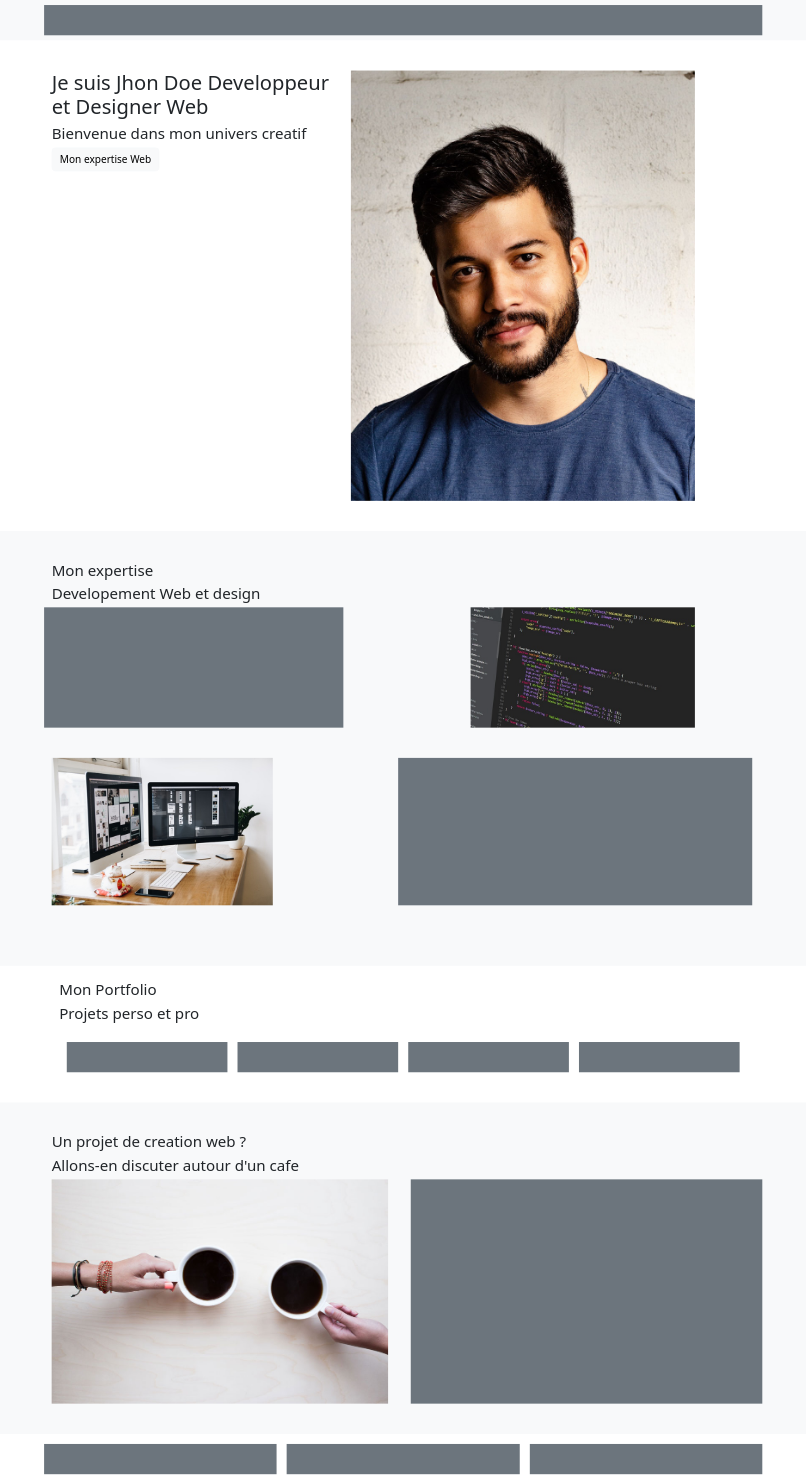
Repository: wadelfadill/Bootstrap_tache_1_portfolio
Page: index.html
An editor plug-in stored every save of this project. The page is shown before and after the next save, followed by the edit.
The browser window is 1280 px wide. The pictures show the whole page, at 63% of full size.

Above is the page before, as saved 2023-03-27 13:29:29.

### index.html
<!DOCTYPE html>
<html lang="en">
<head>
    <meta charset="UTF-8">
    <meta http-equiv="X-UA-Compatible" content="IE=edge">
    <meta name="viewport" content="width=device-width, initial-scale=1.0">
    <title>Portfolio_Bootstrap</title>
    <link href="https://cdn.jsdelivr.net/npm/bootstrap@5.3.0-alpha2/dist/css/bootstrap.min.css" rel="stylesheet" integrity="sha384-aFq/bzH65dt+w6FI2ooMVUpc+21e0SRygnTpmBvdBgSdnuTN7QbdgL+OapgHtvPp" crossorigin="anonymous">
    <link rel="stylesheet" href="style.css">
</head>
<body>
    <header>
        <nav class="navbar bg-light container-fluid">
            <div class="container bg-secondary py-4">

            </div>
        </nav>
    </header>
    <main>
        <section class="my-5">
            <div class="container">
                <div class="row">
                    <div class="col-5">
                        <p class="h2">Je suis Jhon Doe Developpeur et Designer Web</p>
                        <p class="h4">Bienvenue dans mon univers creatif</p>
                        <a class="btn btn-light" href="#" role="button">Mon expertise Web</a>

                    </div>
                    <div class="col-6">
                        <img src="img/portrait.jpg" alt="profile de Jhon Doe" class="w-100">
                    </div>
                </div>
            </div>
        </section>
        <section>
            <div class="container-fluid bg-light py-5 mt-5">
                <div class="container ">
                 <p class="h4">Mon expertise</p>
                 <p class="h4">Developement Web et design</p>
                <div class="row">
                    <div class="col-5 bg-secondary">

                    </div>
                    <div class="col-2"></div>
                    <div class="col-4">
                        <img src="img/code.jpg" alt="" class="w-100">
                    </div>
                </div>
                <div class="row my-5 pe-3">
                    <div class="col-4">
                        <img src="img/design.jpg" alt="" class="w-100">
                    </div>
                    <div class="col-2"></div>
                    <div class="col-6 bg-secondary">

                    </div>
                </div>
             </div>
        </section>
        <section class="container">
            <div class="container my-4">
                <p class="h4">Mon Portfolio</p>
                <p class="h4">Projets perso et pro</p>
                <div class="row gap-3 p-4">
                    <div class="col bg-secondary py-4"></div>
                    <div class="col bg-secondary py-4"></div>
                    <div class="col bg-secondary py-4"></div>
                    <div class="col bg-secondary py-4"></div>
                </div>
            </div>
        </section>
        <section class="p-5 bg-light">
            <div class="container">
                <p class="h4">Un projet de creation web ?</p>
                <p class="h4">Allons-en discuter autour d'un cafe</p>
                <div class="row gap-4">
                    <div class="col">
                        <img src="img/grab-a-coffee.jpg" class="w-100" alt="">
                    </div>
                    <div class="col bg-secondary"></div>
                </div>
            </div>
        </section>
    </main>
    <footer>
        <div class="container">
            <div class="row gap-3 py-3">
                <div class="col p-4 bg-secondary"></div>
                <div class="col p-4 bg-secondary"></div>
                <div class="col p-4 bg-secondary"></div>
            </div>
        </div>
    </footer>


</body>
</html>

Loaded but not shown: style.css (no stored copy; drawn as an empty file)

After the next save:
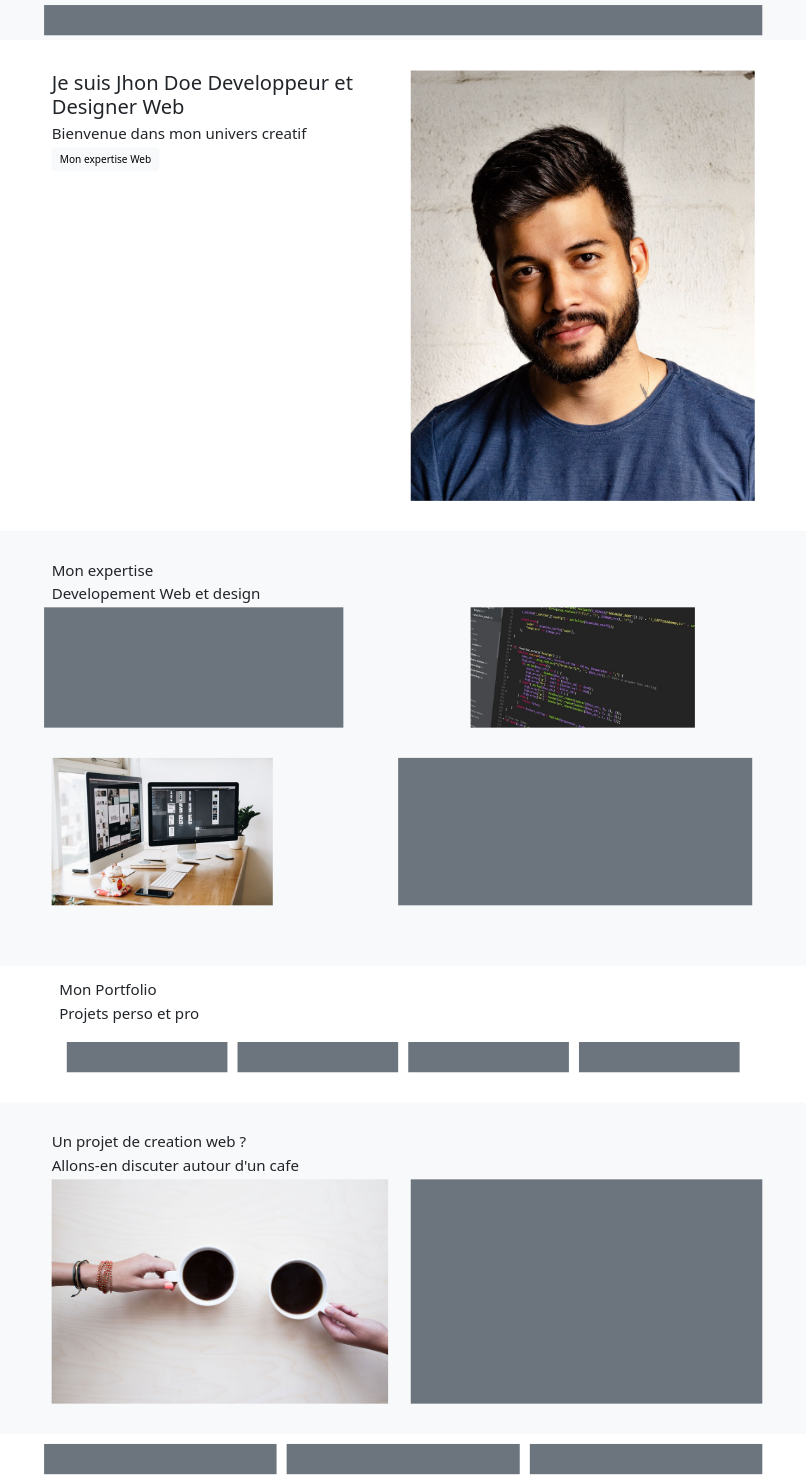
Saved 66 s later.
--- a/index.html
+++ b/index.html
@@ -20,7 +20,7 @@
         <section class="my-5">
             <div class="container">
                 <div class="row">
-                    <div class="col-5">
+                    <div class="col-6">
                         <p class="h2">Je suis Jhon Doe Developpeur et Designer Web</p>
                         <p class="h4">Bienvenue dans mon univers creatif</p>
                         <a class="btn btn-light" href="#" role="button">Mon expertise Web</a>
